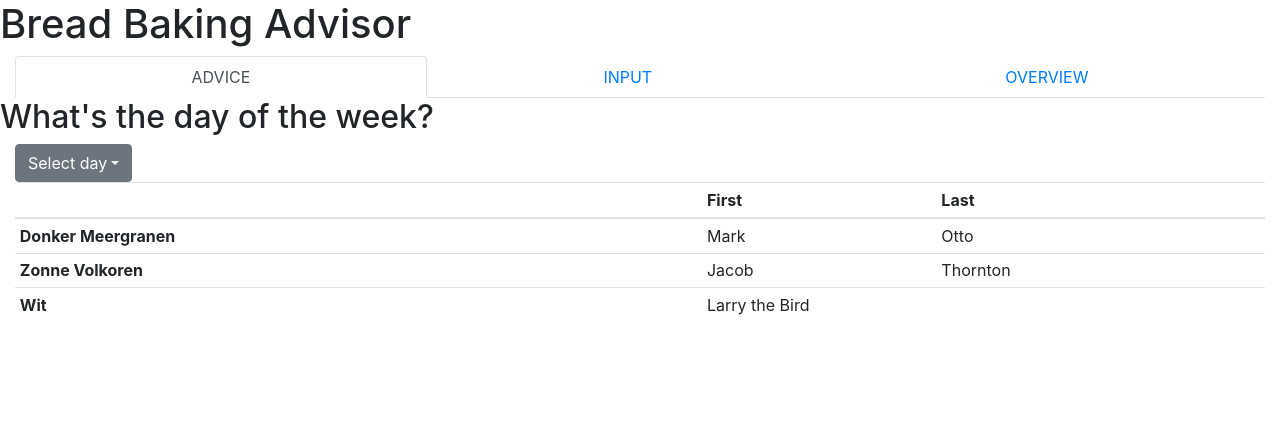
Repository: MarthGimenzo/bread-baking-advisor
Page: index.html
The author's editor kept a record of every edit. The page is drawn from the files as they stood at one moment, then again after the next edit.
The browser window is 1280 px wide. The pictures show the whole page.

Above is the page before.

### index.html
<!doctype html>
<html lang="en">

<head>
    <!-- Required meta tags -->
    <meta charset="utf-8">
    <meta name="viewport" content="width=device-width, initial-scale=1, shrink-to-fit=no">

    <!-- Bootstrap CSS -->
    <link rel="stylesheet" href="https://stackpath.bootstrapcdn.com/bootstrap/4.3.1/css/bootstrap.min.css" integrity="sha384-ggOyR0iXCbMQv3Xipma34MD+dH/1fQ784/j6cY/iJTQUOhcWr7x9JvoRxT2MZw1T" crossorigin="anonymous">
    <link rel="stylesheet" href="" type="text/css" />
    <title>Bread Baking Advisor</title>
</head>

<body>

    <h1>Bread Baking Advisor</h1>
    <div class="container-fluid">
        <ul class="nav nav-tabs nav-fill">
            <li class="nav-item">
                <a class="nav-link active" href="#">ADVICE</a>
            </li>
            <li class="nav-item">
                <a class="nav-link" href="#">INPUT</a>
            </li>
            <li class="nav-item">
                <a class="nav-link" href="#">OVERVIEW</a>
            </li>
        </ul>
    </div>
    <h2>What's the day of the week?</h2>
    <div class="container-fluid">
        <div class="dropdown">
            <button class="btn btn-secondary dropdown-toggle" type="button" id="dropdownMenuButton" data-toggle="dropdown" aria-haspopup="true" aria-expanded="false">Select day</button>
            <div class="dropdown-menu" aria-labelledby="dropdownMenuButton">
                <a class="dropdown-item" href="#">Tuesday</a>
                <a class="dropdown-item" href="#">Wednesday</a>
                <a class="dropdown-item" href="#">Thursday</a>
                <a class="dropdown-item" href="#">Friday</a>
                <a class="dropdown-item" href="#">Saturday</a>
                <a class="dropdown-item" href="#">Sunday</a>
            </div>
        </div>
    </div>
    <div class="container-fluid">
        <table class="table table-sm">
  <thead>
    <tr>
      <th scope="col"></th>
      <th scope="col">First</th>
      <th scope="col">Last</th>

    </tr>
  </thead>
  <tbody>
    <tr>
      <th scope="row">Donker Meergranen</th>
      <td>Mark</td>
      <td>Otto</td>

    </tr>
    <tr>
      <th scope="row">Zonne Volkoren</th>
      <td>Jacob</td>
      <td>Thornton</td>

    </tr>
    <tr>
      <th scope="row">Wit</th>
      <td colspan="2">Larry the Bird</td>

    </tr>
  </tbody>
</table>
    </div>



    <!-- Optional JavaScript -->
    <!-- jQuery first, then Popper.js, then Bootstrap JS -->
    <script src="https://code.jquery.com/jquery-3.3.1.slim.min.js" integrity="sha384-q8i/X+965DzO0rT7abK41JStQIAqVgRVzpbzo5smXKp4YfRvH+8abtTE1Pi6jizo" crossorigin="anonymous"></script>
    <script src="https://cdnjs.cloudflare.com/ajax/libs/popper.js/1.14.7/umd/popper.min.js" integrity="sha384-UO2eT0CpHqdSJQ6hJty5KVphtPhzWj9WO1clHTMGa3JDZwrnQq4sF86dIHNDz0W1" crossorigin="anonymous"></script>
    <script src="https://stackpath.bootstrapcdn.com/bootstrap/4.3.1/js/bootstrap.min.js" integrity="sha384-JjSmVgyd0p3pXB1rRibZUAYoIIy6OrQ6VrjIEaFf/nJGzIxFDsf4x0xIM+B07jRM" crossorigin="anonymous"></script>
</body>

</html>

After the next edit:
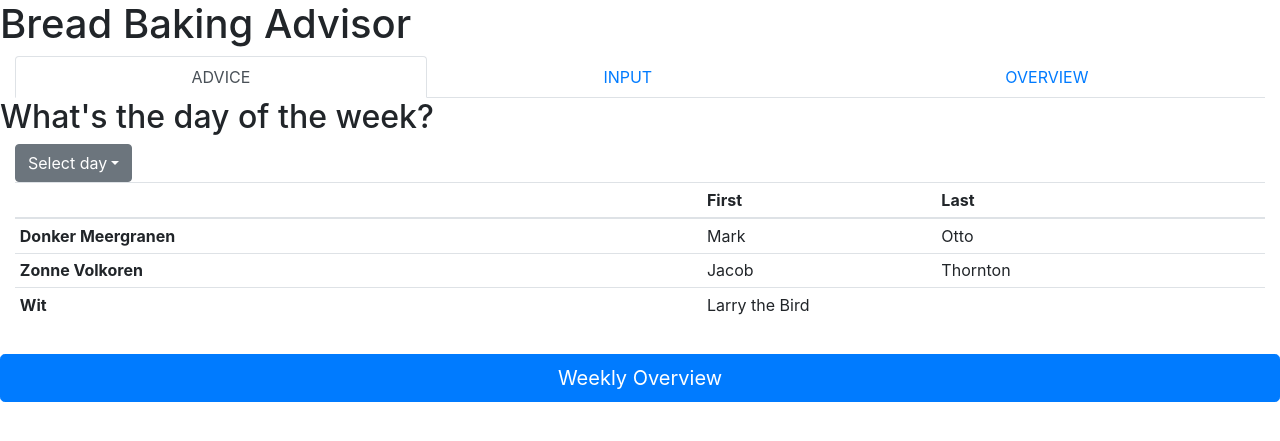
The edit:
--- a/index.html
+++ b/index.html
@@ -44,35 +44,38 @@
     </div>
     <div class="container-fluid">
         <table class="table table-sm">
-  <thead>
-    <tr>
-      <th scope="col"></th>
-      <th scope="col">First</th>
-      <th scope="col">Last</th>
+            <thead>
+                <tr>
+                    <th scope="col"></th>
+                    <th scope="col">First</th>
+                    <th scope="col">Last</th>
 
-    </tr>
-  </thead>
-  <tbody>
-    <tr>
-      <th scope="row">Donker Meergranen</th>
-      <td>Mark</td>
-      <td>Otto</td>
+                </tr>
+            </thead>
+            <tbody>
+                <tr>
+                    <th scope="row">Donker Meergranen</th>
+                    <td>Mark</td>
+                    <td>Otto</td>
 
-    </tr>
-    <tr>
-      <th scope="row">Zonne Volkoren</th>
-      <td>Jacob</td>
-      <td>Thornton</td>
+                </tr>
+                <tr>
+                    <th scope="row">Zonne Volkoren</th>
+                    <td>Jacob</td>
+                    <td>Thornton</td>
 
-    </tr>
-    <tr>
-      <th scope="row">Wit</th>
-      <td colspan="2">Larry the Bird</td>
+                </tr>
+                <tr>
+                    <th scope="row">Wit</th>
+                    <td colspan="2">Larry the Bird</td>
 
-    </tr>
-  </tbody>
-</table>
+                </tr>
+            </tbody>
+        </table>
     </div>
+<footer class="footer mt-auto py-3">
+    <button type="button" class="btn btn-primary btn-lg btn-block">Weekly Overview</button>
+</footer>
 
 
 
